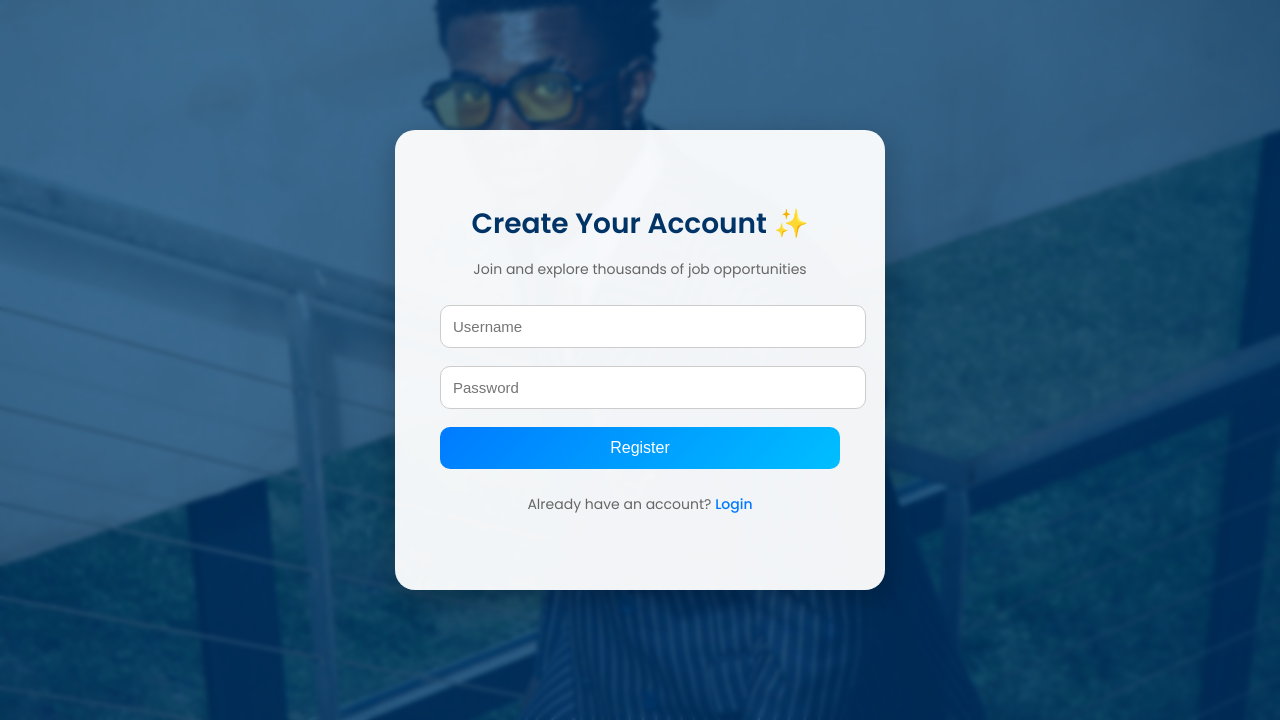
Repository: sofia123776/jobboard
Page: accounts/templates/accounts/register.html
An editor plug-in stored every save of this project. The page is shown before and after the next save, followed by the edit.
The browser window is 1280 px wide. The pictures show the whole page.
The template is drawn by Django 5.2. The application's start-up code is not run. The template is opened directly, without the code that normally fills it, so the values that code supplies are empty.

Above is the page before, as saved 2025-10-10 14:00:41.

After the next save:
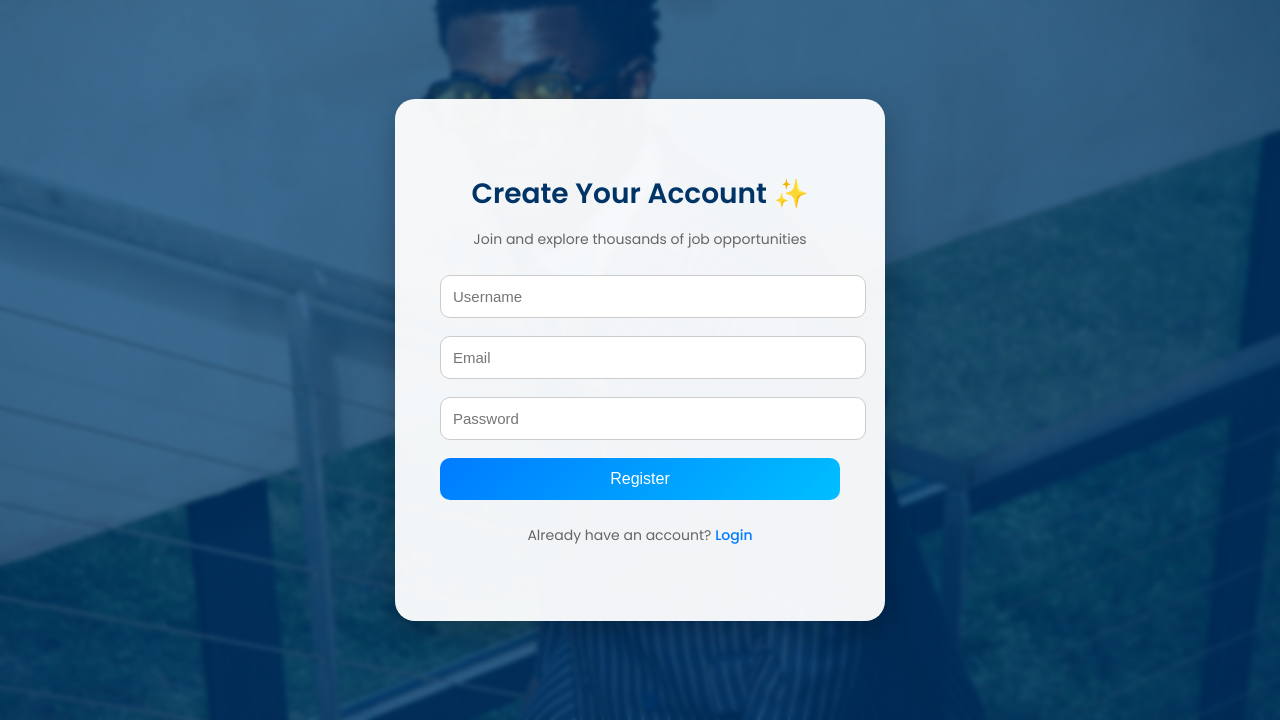
Saved 23 h 32 min later.
--- a/accounts/templates/accounts/register.html
+++ b/accounts/templates/accounts/register.html
@@ -20,6 +20,9 @@
                 <input type="text" name="username" placeholder="Username" required>
             </div>
             <div class="input-group">
+                <input type="text" name="email" placeholder="Email" required>
+            </div>
+            <div class="input-group">
                 <input type="password" name="password" placeholder="Password" required>
             </div>
             <button type="submit" class="btn">Register</button>
